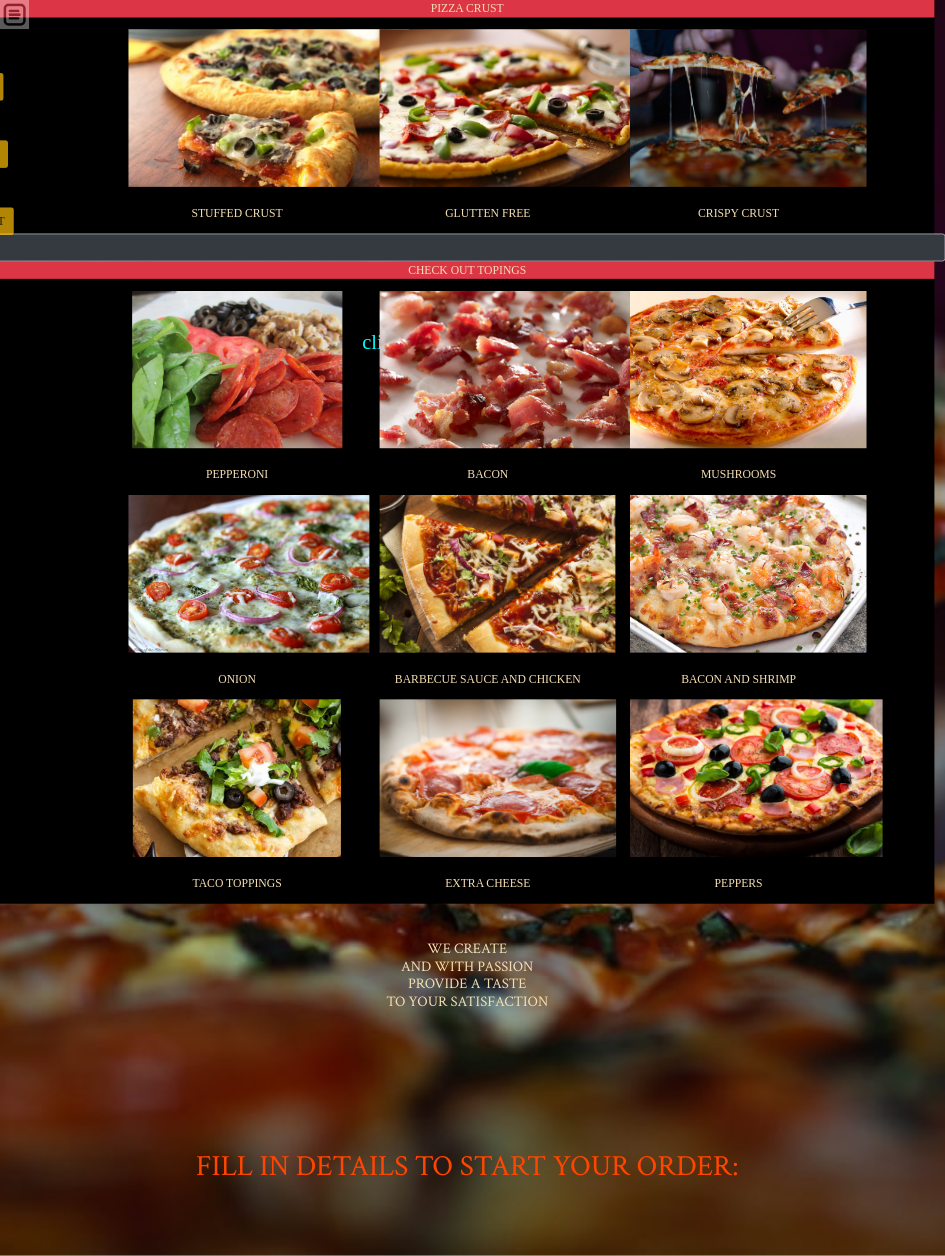
Repository: alexmwaura/MOREO--PIZZA-IP4
Page: mine.html
The author's editor kept a copy of each file at every save. The page is drawn from the files as they stood at one save, then again after the next save.
The browser window is 1280 px wide. The page is 1295 px wide, so the pictures cover 1295 px, including what lies to the right of the window. The pictures show the whole page, at 73% of full size.
Some web fonts or font styles are not loaded; a fallback is used.

Above is the page before, as saved 2019-09-01 14:33:38.

After the next save:
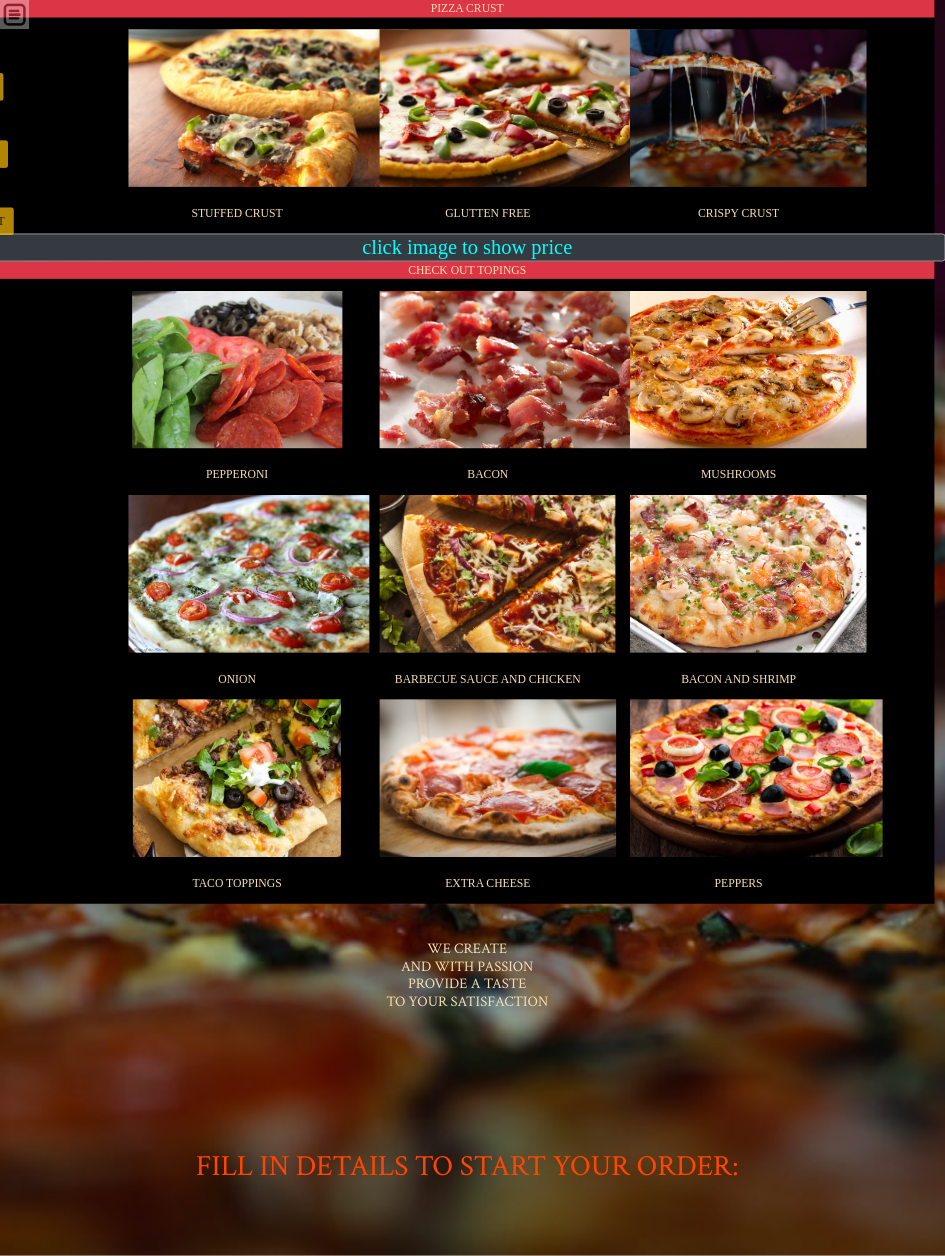
Saved 13 s later.
--- a/CSS/styles.css
+++ b/CSS/styles.css
@@ -113,7 +113,7 @@ h1{
 .price{
 
     animation: bounce 3s infinite;
-    margin-top: 20vh;
+    margin-top: 2vh;
 }
 @keyframes bounce {
 
